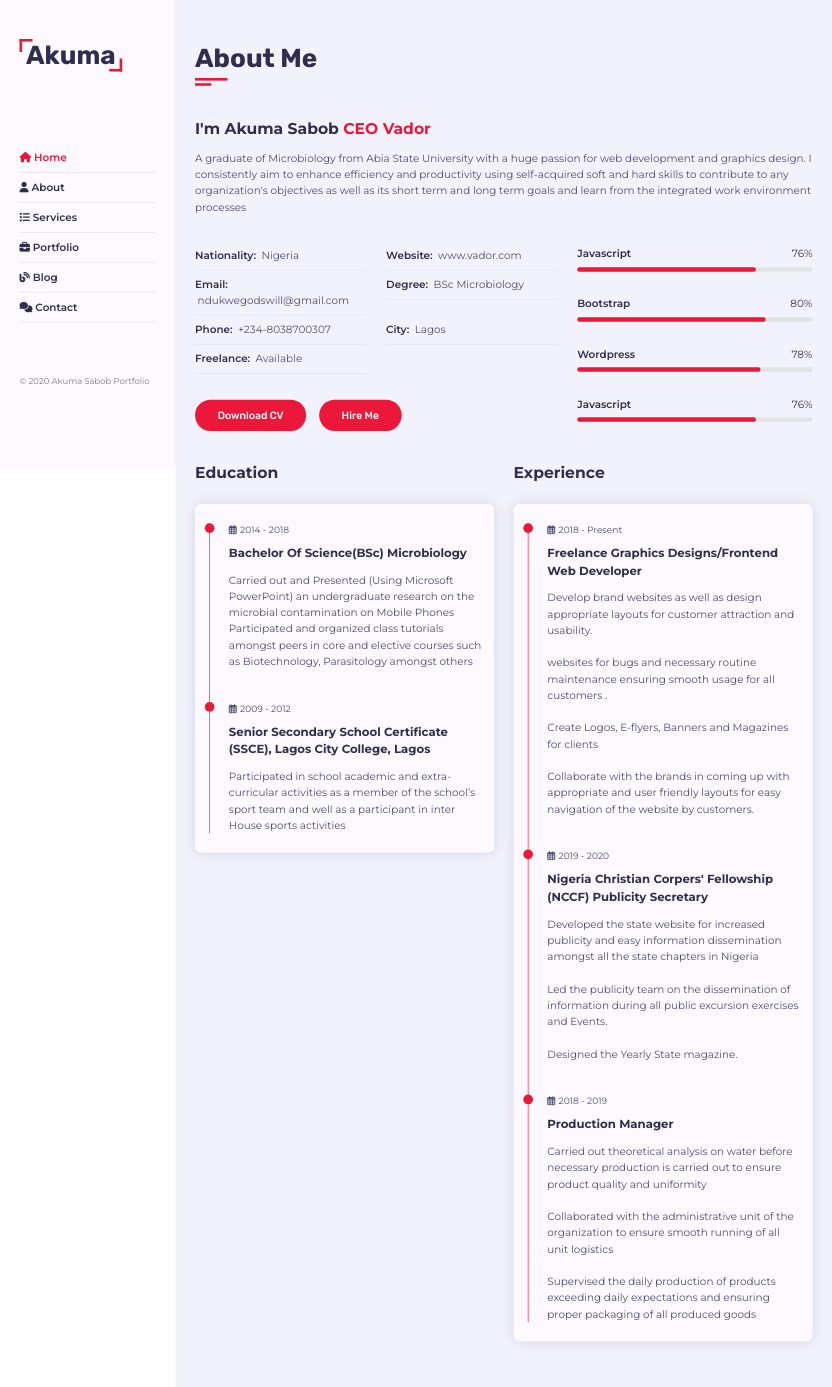
Repository: Akuma001/MY-Portfolio
Page: index.html
An editor plug-in stored every save of this project. The page is shown before and after the next save, followed by the edit.
The browser window is 1280 px wide. The pictures show the whole page, at 65% of full size.
Some web libraries are served in a nearby version.

Above is the page before, as saved 2020-12-14 00:53:40.

After the next save:
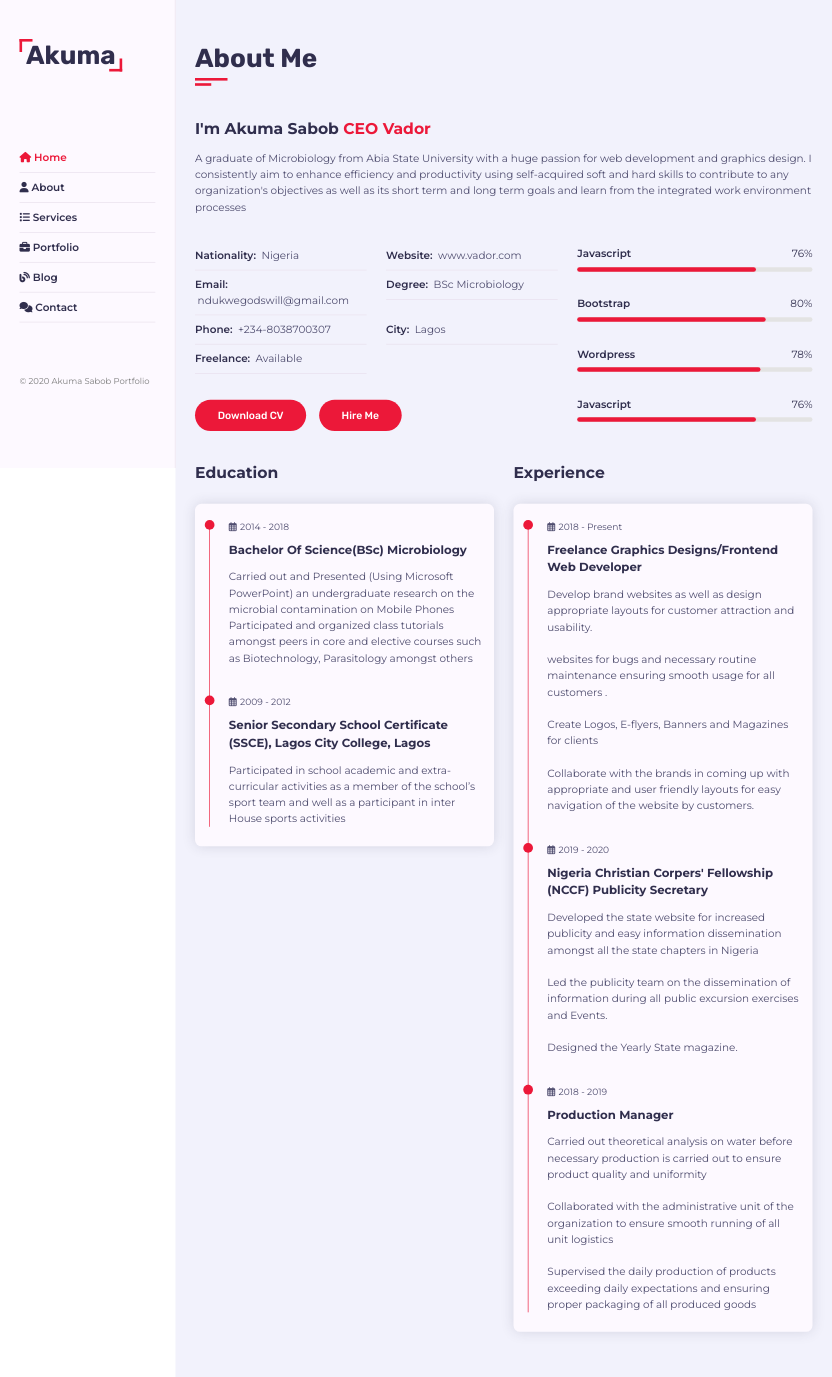
Saved 2 min 36 s later.
--- a/css/style.css
+++ b/css/style.css
@@ -459,6 +459,7 @@ body{
 .about .about-content .timeline .timeline-date{
    font-size: 14px;
    font-weight: 400;
+   margin-top: -5px;
    margin-bottom: 12px;
    color: #504e70;
 }
